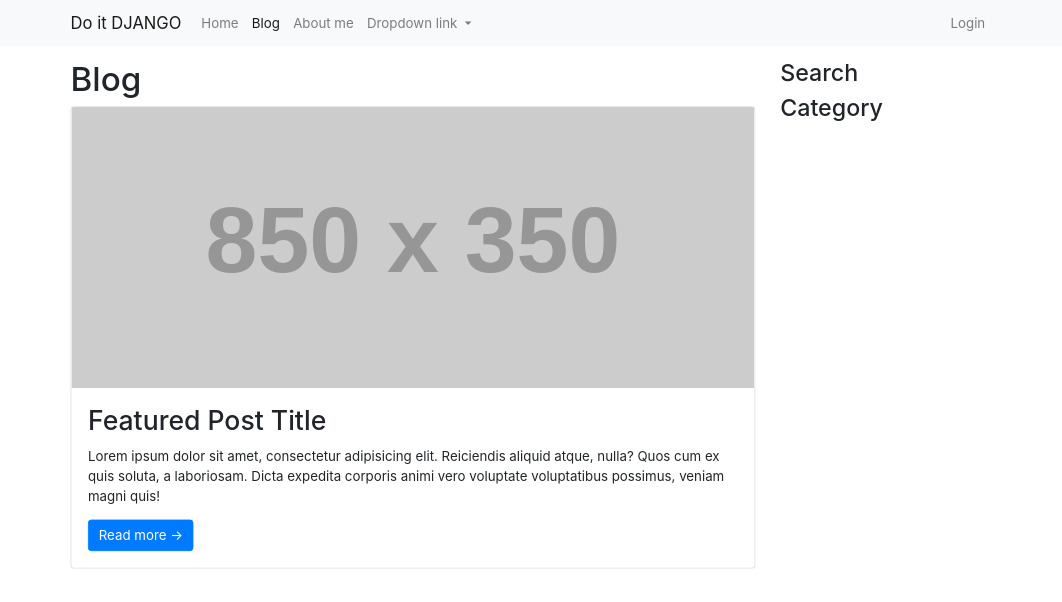
Repository: lwygold/do_it_ft
Page: blog_list.html
These files come from the project's save history. The page is drawn as it stood at one moment and after the next save; the edit follows.
The browser window is 1280 px wide. The pictures show the whole page, at 83% of full size.

Above is the page before, as saved 2021-08-11 21:22:10.

After the next save:
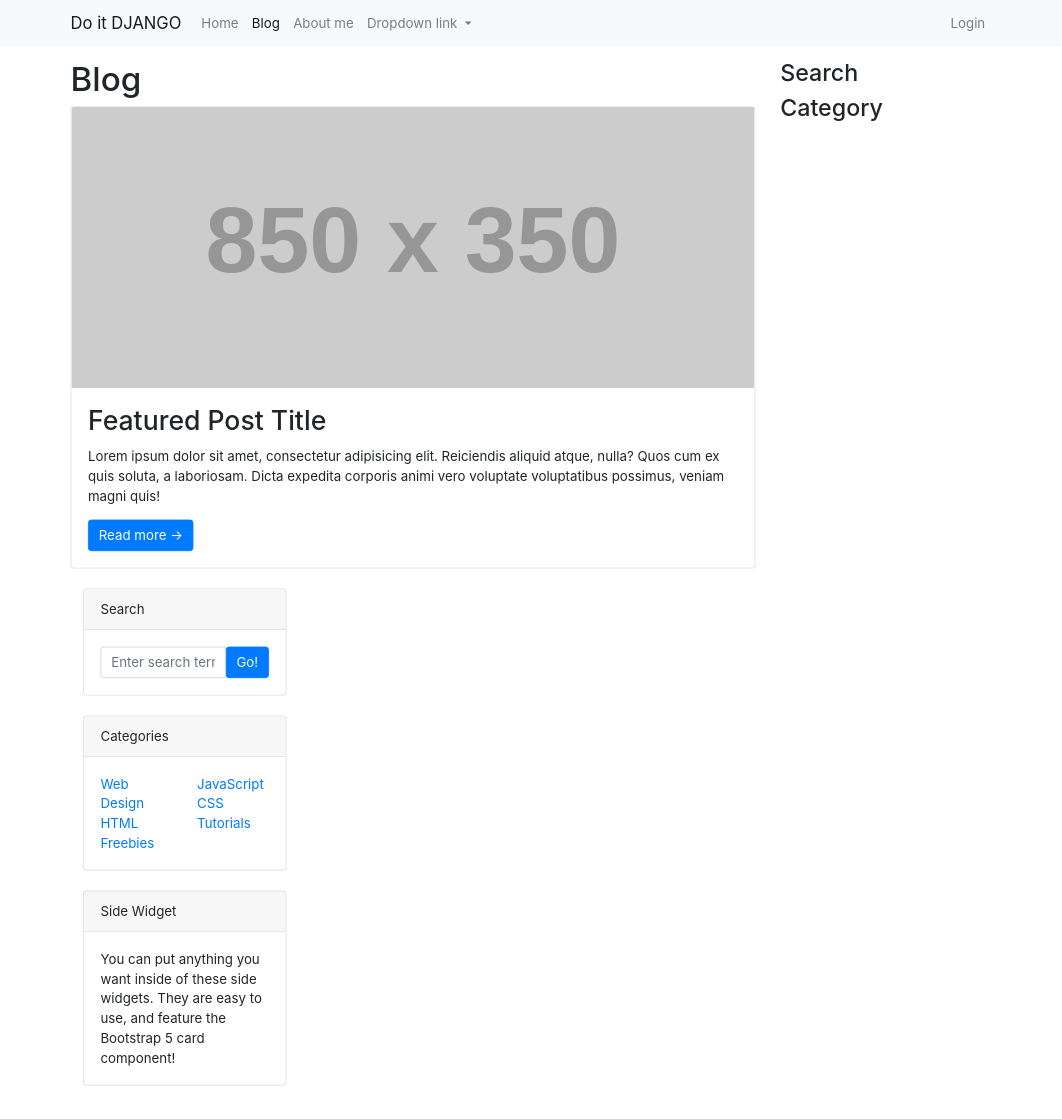
Saved 56 s later.
--- a/blog_list.html
+++ b/blog_list.html
@@ -66,6 +66,46 @@
                     </div>
                 </div>
 
+                <div class="col-lg-4">
+                    <!-- Search widget-->
+                    <div class="card mb-4">
+                        <div class="card-header">Search</div>
+                        <div class="card-body">
+                            <div class="input-group">
+                                <input class="form-control" type="text" placeholder="Enter search term..." aria-label="Enter search term..." aria-describedby="button-search">
+                                <button class="btn btn-primary" id="button-search" type="button">Go!</button>
+                            </div>
+                        </div>
+                    </div>
+                    <!-- Categories widget-->
+                    <div class="card mb-4">
+                        <div class="card-header">Categories</div>
+                        <div class="card-body">
+                            <div class="row">
+                                <div class="col-sm-6">
+                                    <ul class="list-unstyled mb-0">
+                                        <li><a href="#!">Web Design</a></li>
+                                        <li><a href="#!">HTML</a></li>
+                                        <li><a href="#!">Freebies</a></li>
+                                    </ul>
+                                </div>
+                                <div class="col-sm-6">
+                                    <ul class="list-unstyled mb-0">
+                                        <li><a href="#!">JavaScript</a></li>
+                                        <li><a href="#!">CSS</a></li>
+                                        <li><a href="#!">Tutorials</a></li>
+                                    </ul>
+                                </div>
+                            </div>
+                        </div>
+                    </div>
+                    <!-- Side widget-->
+                    <div class="card mb-4">
+                        <div class="card-header">Side Widget</div>
+                        <div class="card-body">You can put anything you want inside of these side widgets. They are easy to use, and feature the Bootstrap 5 card component!</div>
+                    </div>
+                </div>
+
             </div>
             <div class="col-md-4 col-lg-3">
                 <h3>Search</h3>
